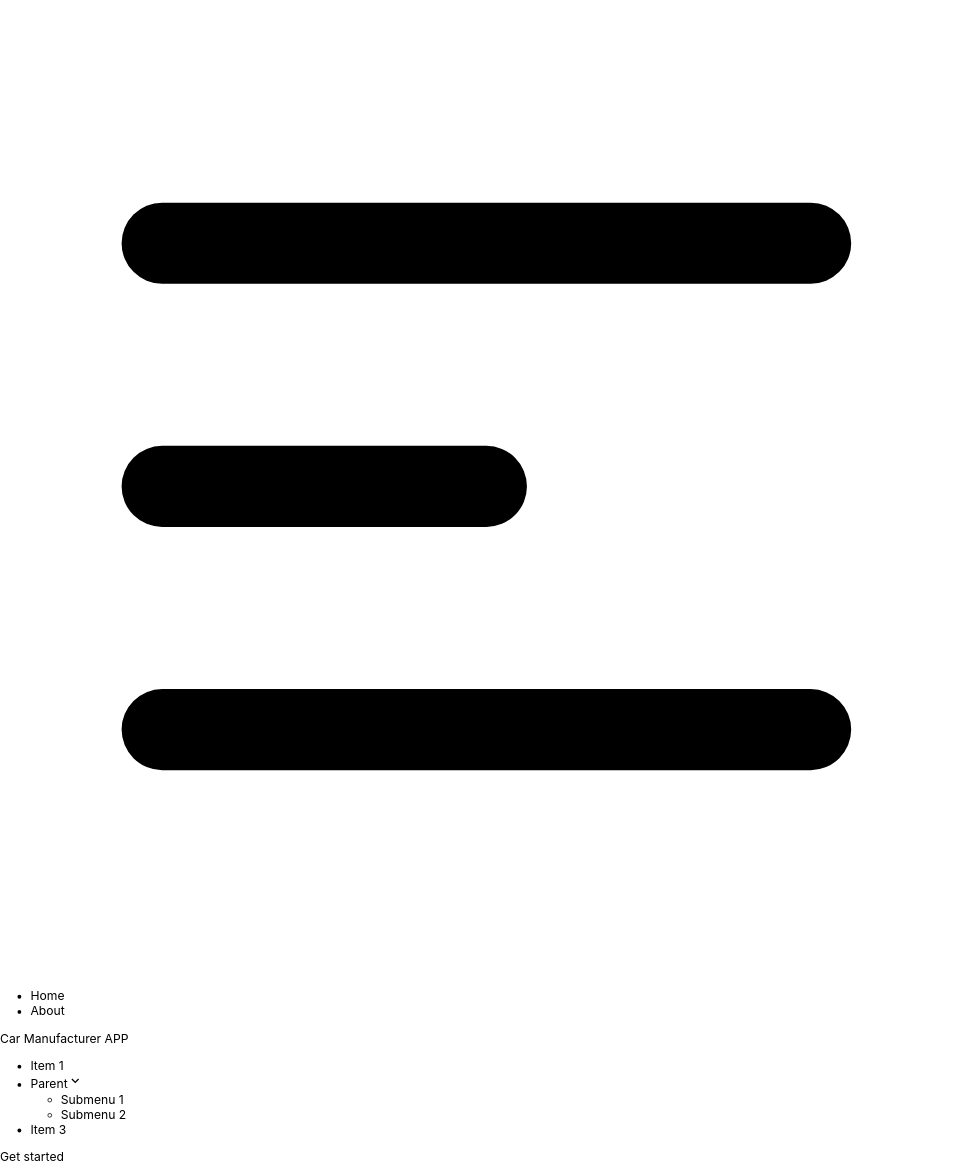
Repository: devsajid/car-manufacturer-app
Page: /
These files come from the project's save history. The page is drawn as it stood at one moment and after a run of saves; the edit follows.
The browser window is 1280 px wide. The pictures show the whole page, at 76% of full size.
The project was rebuilt for these pictures with package versions that can differ from the ones it lists, and the page was loaded fresh each time. Also part of the build but not shown: src/App.css.

Above is the page before, as saved 2022-05-22 12:23:52.

### src/App.js
import "./App.css";
import Navbar from "./SharedComponents/Navbar/Navbar";

function App() {
  return (
    <div>
      <Navbar></Navbar>
    </div>
  );
}

export default App;

### src/SharedComponents/Navbar/Navbar.js
import React from "react";

const Navbar = () => {
  return (
    <div>
      <div class="navbar bg-neutral text-base-100">
        <div class="navbar-start text-base-100">
          <div class="dropdown">
            <label tabindex="0" class="btn btn-ghost lg:hidden">
              <svg
                xmlns="http://www.w3.org/2000/svg"
                class="h-5 w-5"
                fill="none"
                viewBox="0 0 24 24"
                stroke="currentColor"
              >
                <path
                  stroke-linecap="round"
                  stroke-linejoin="round"
                  stroke-width="2"
                  d="M4 6h16M4 12h8m-8 6h16"
                />
              </svg>
            </label>
            <ul
              tabindex="0"
              class="menu menu-compact dropdown-content mt-3 p-2 shadow bg-neutral base-100 rounded-box w-100"
            >
              <li>
                <a>Home</a>
              </li>
              <li>
                <a>About</a>
              </li>
            </ul>
          </div>
          <a className="btn btn-ghost bg- normal-case text-base-100 text-xl">
            Car Manufacturer APP
          </a>
        </div>
        <div class="navbar-center hidden lg:flex">
          <ul class="menu menu-horizontal p-0">
            <li>
              <a>Item 1</a>
            </li>
            <li tabindex="0">
              <a>
                Parent
                <svg
                  class="fill-current"
                  xmlns="http://www.w3.org/2000/svg"
                  width="20"
                  height="20"
                  viewBox="0 0 24 24"
                >
                  <path d="M7.41,8.58L12,13.17L16.59,8.58L18,10L12,16L6,10L7.41,8.58Z" />
                </svg>
              </a>
              <ul class="p-2">
                <li>
                  <a>Submenu 1</a>
                </li>
                <li>
                  <a>Submenu 2</a>
                </li>
              </ul>
            </li>
            <li>
              <a>Item 3</a>
            </li>
          </ul>
        </div>
        <div class="navbar-end">
          <a>Get started</a>
        </div>
      </div>
    </div>
  );
};

export default Navbar;

Loaded but not shown: public/index.html (common file); src/index.js (common file); src/index.css (common file); src/reportWebVitals.js (common file)

After the next 2 saves:
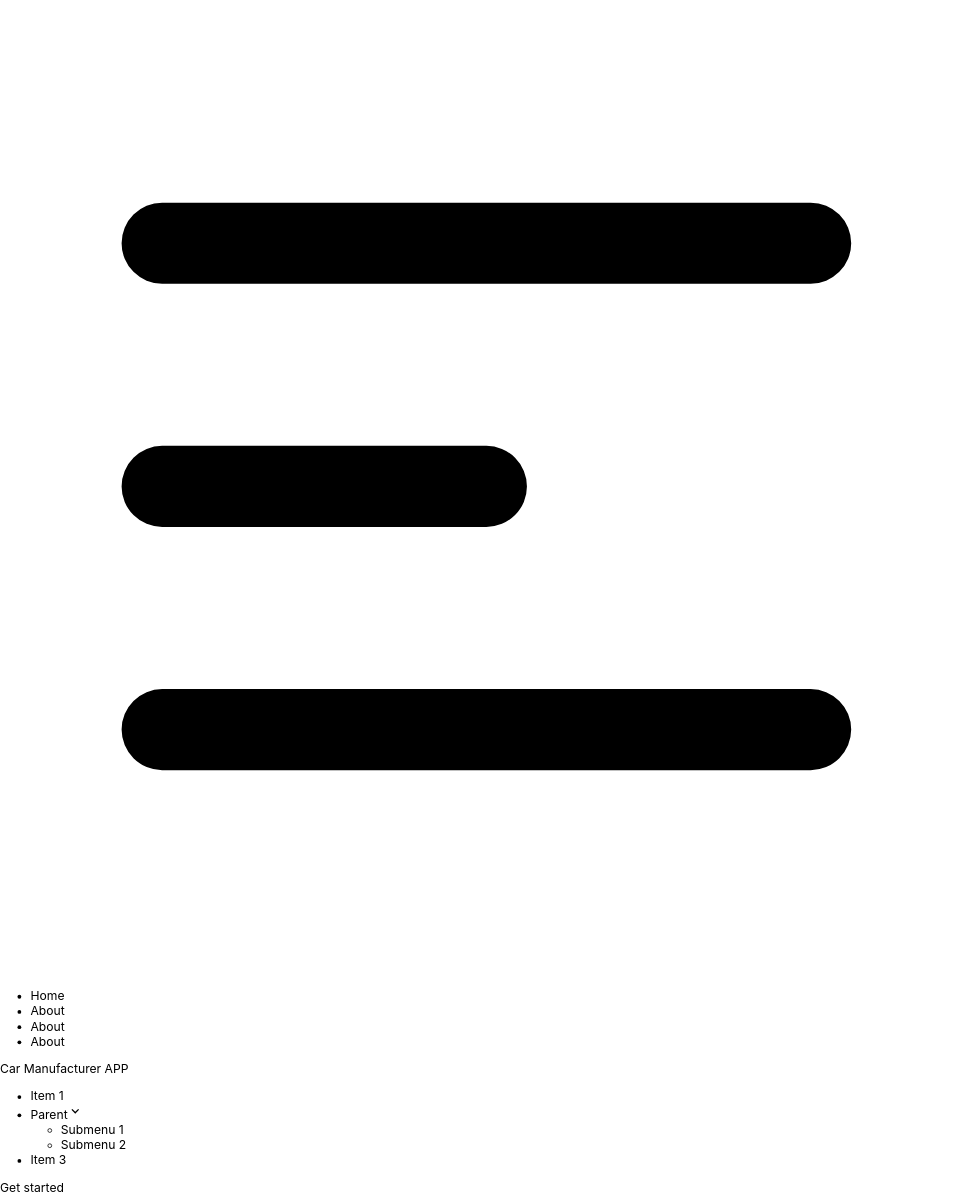
The 2 saves are shown as one change because they came seconds apart.
The last was saved 9 s later.
--- a/src/SharedComponents/Navbar/Navbar.js
+++ b/src/SharedComponents/Navbar/Navbar.js
@@ -28,6 +28,12 @@ const Navbar = () => {
             >
               <li>
                 <a>Home</a>
+              </li>
+              <li>
+                <a>About</a>
+              </li>
+              <li>
+                <a>About</a>
               </li>
               <li>
                 <a>About</a>
